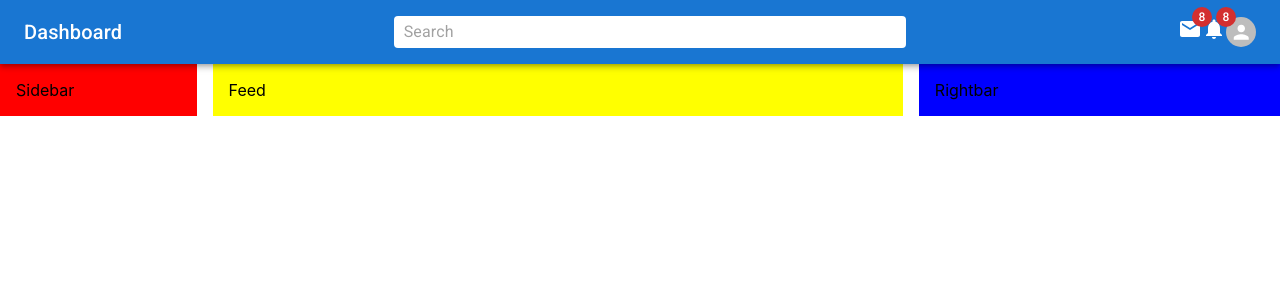
Repository: abubaker-cs/mui5_dashboard
Page: /
These files come from the project's save history. The page is drawn as it stood at one moment and after the next save; the edit follows.
The browser window is 1280 px wide. The pictures show the whole page.
The project was rebuilt for these pictures with package versions that can differ from the ones it lists, and the page was loaded fresh each time. Also part of the build but not shown: src/App.css.

Above is the page before, as saved 2022-07-17 06:23:38.

### public/index.html
<!DOCTYPE html>
<html lang="en">
  <head>
    <meta charset="utf-8" />
    <link rel="icon" href="%PUBLIC_URL%/favicon.ico" />
    <meta name="viewport" content="width=device-width, initial-scale=1" />
    <meta name="theme-color" content="#000000" />
    <meta
      name="description"
      content="Web site created using create-react-app"
    />
    <link rel="apple-touch-icon" href="%PUBLIC_URL%/logo192.png" />

    <link rel="manifest" href="%PUBLIC_URL%/manifest.json" />
    <link
      rel="stylesheet"
      href="https://fonts.googleapis.com/css?family=Roboto:300,400,500,700&display=swap"
    />
    <link
      rel="stylesheet"
      href="https://fonts.googleapis.com/icon?family=Material+Icons"
    />

    <title>React App</title>
  </head>
  <body>
    <noscript>You need to enable JavaScript to run this app.</noscript>
    <div id="root"></div>
  </body>
</html>

### src/App.js
import "./App.css";
import Sidebar from "./components/Sidebar";
import Feed from "./components/Feed";
import Rightbar from "./components/Rightbar";
import { Box, Stack } from "@mui/material";
import Navbar from "./components/Navbar";

function App() {
  return (
    <Box>
      <Navbar />
      <Stack direction="row" spacing={2} justifyContent="space-evenly">
        <Sidebar />
        <Feed />
        <Rightbar />
      </Stack>
    </Box>
  );
}

export default App;

### src/components/Sidebar.jsx
import { Box } from "@mui/material";
import React from "react";

const Sidebar = () => {
  return (
    <Box
      bgcolor="red"
      flex={1}
      p={2}
      sx={{ display: { xs: "none", sm: "block" } }}
    >
      Sidebar
    </Box>
  );
};

export default Sidebar;

### src/components/Feed.jsx
import { Box } from "@mui/material";
import React from "react";

const Feed = () => {
  return (
    <Box bgcolor="yellow" flex={4} p={2}>
      Feed
    </Box>
  );
};

export default Feed;

### src/components/Rightbar.jsx
import { Box } from "@mui/material";
import React from "react";

const Rightbar = () => {
  return (
    <Box
      bgcolor="blue"
      flex={2}
      p={2}
      sx={{ display: { xs: "none", sm: "block" } }}
    >
      Rightbar
    </Box>
  );
};

export default Rightbar;

### src/components/Navbar.jsx
import { Dashboard, Mail, Notifications } from "@mui/icons-material";
import {
  AppBar,
  Toolbar,
  styled,
  Typography,
  Box,
  InputBase,
  Badge,
  Avatar,
} from "@mui/material";
import React from "react";

// Base styles for custom Toolbar wrapper | flex justify = space-between
const StyledToolbar = styled(Toolbar)({
  display: "flex",
  justifyContent: "space-between",
});

//
const Search = styled("div")(({ theme }) => ({
  backgroundColor: "white",
  padding: "0 10px",
  borderRadius: theme.shape.borderRadius,
  width: "40%",
}));

const Icons = styled(Box)(({ theme }) => ({
  display: "flex",
}));

const Navbar = () => {
  return (
    <AppBar position="sticky">
      <StyledToolbar>
        <Typography
          variant="h6"
          sx={{
            display: {
              xs: "none",
              sm: "block",
            },
          }}
        >
          Dashboard
        </Typography>
        <Dashboard
          sx={{
            display: {
              xs: "block",
              sm: "none",
            },
          }}
        />
        <Search>
          <InputBase placeholder="Search" />
        </Search>
        <Icons>
          <Badge badgeContent={8} color="error">
            <Mail />
          </Badge>
          <Badge badgeContent={8} color="error">
            <Notifications />
          </Badge>
          <Avatar sx={{ width: 30, height: 30 }} src="" />
        </Icons>
      </StyledToolbar>
    </AppBar>
  );
};

export default Navbar;

Loaded but not shown: src/index.js (common file); src/index.css (common file)

After the next save:
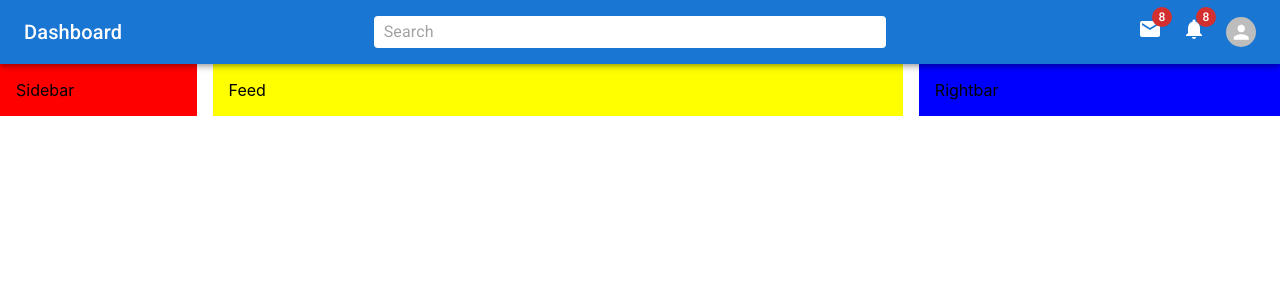
Saved 23 s later.
--- a/src/components/Navbar.jsx
+++ b/src/components/Navbar.jsx
@@ -27,6 +27,7 @@ const Search = styled("div")(({ theme }) => ({
 
 const Icons = styled(Box)(({ theme }) => ({
   display: "flex",
+  gap: "20px",
 }));
 
 const Navbar = () => {
